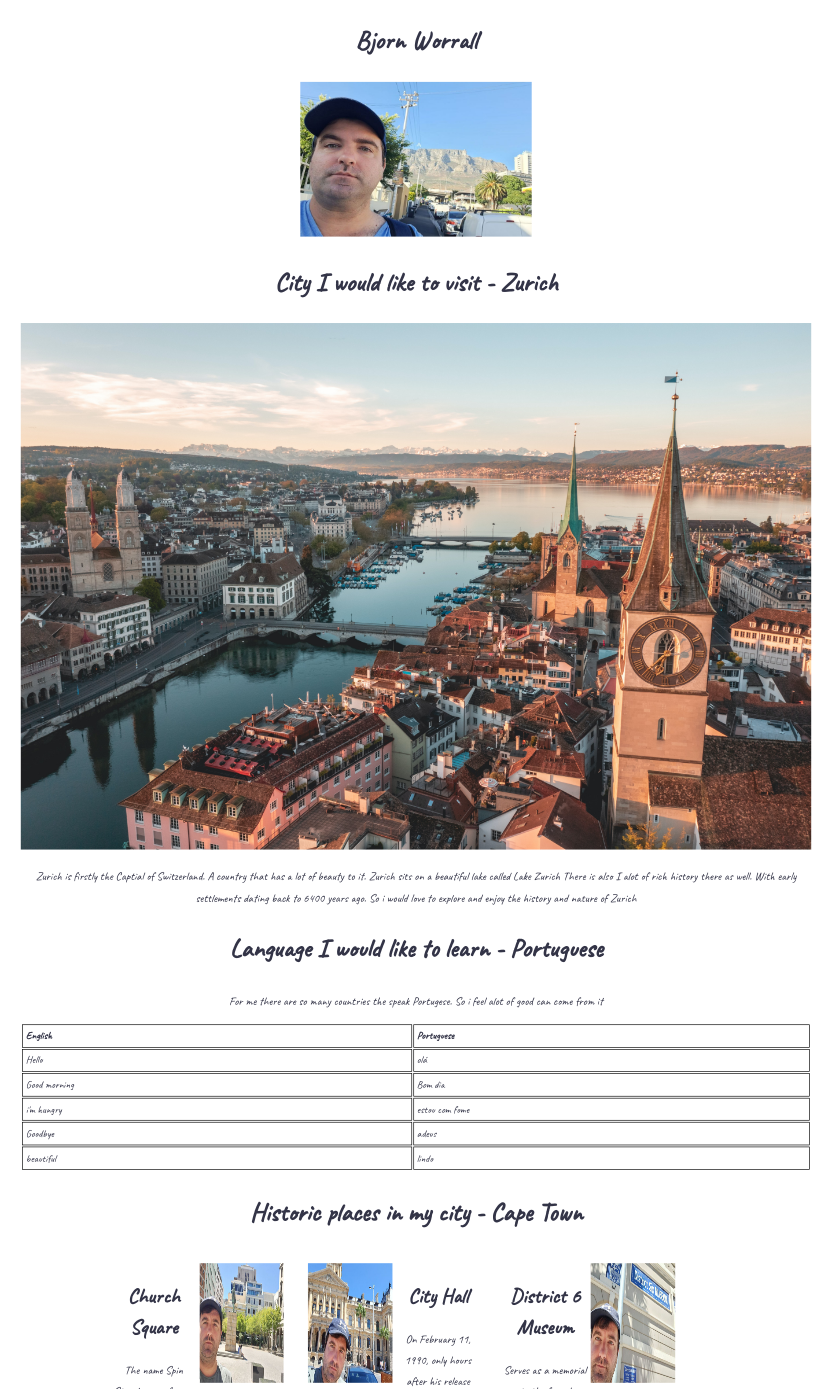
Repository: lasity34/basic-webpage
Page: my - webpage - grid.html
The author's editor kept a copy of each file at every save. The page is drawn from the files as they stood at one save, then again after the next save.
The browser window is 1280 px wide. The pictures show the whole page, at 65% of full size.

Above is the page before, as saved 2023-03-06 14:24:28.

After the next save:
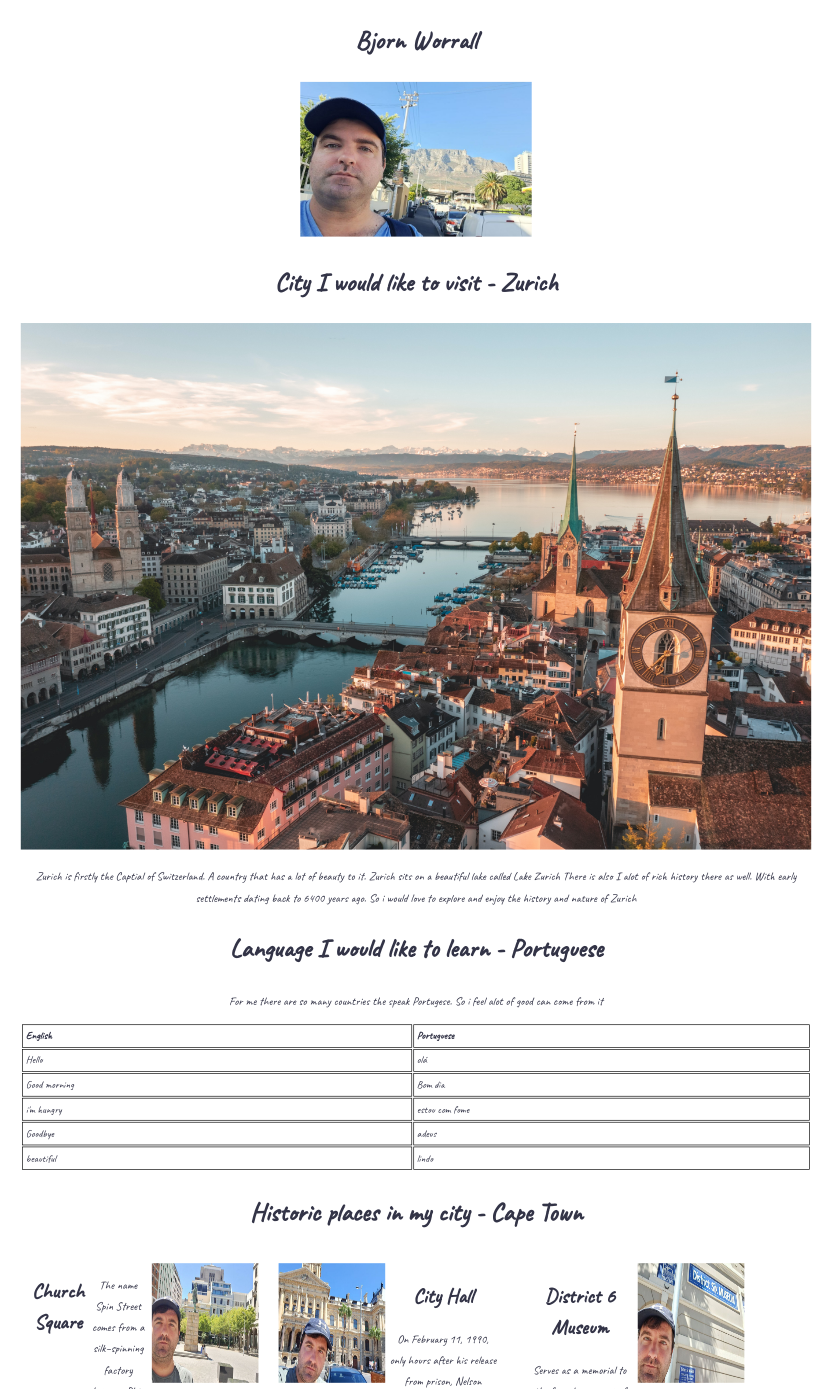
Saved 119 s later.
--- a/my - webpage - grid.html
+++ b/my - webpage - grid.html
@@ -73,12 +73,12 @@
           </tr>
         </table>
       </section>
-      <section class="history container">
+      <section class="history_container">
         <h1>Historic places in my city - Cape Town</h1>
         <div class=" row">
           <div class="col-4 align row">
+            <h2>Church Square</h2>
             <div class="col-6-sm">
-              <h2>Church Square</h2>
               <p>
                 The name Spin Street comes from a silk–spinning factory between
                 Plein Street and Parliament Street. it houses a cultural and
